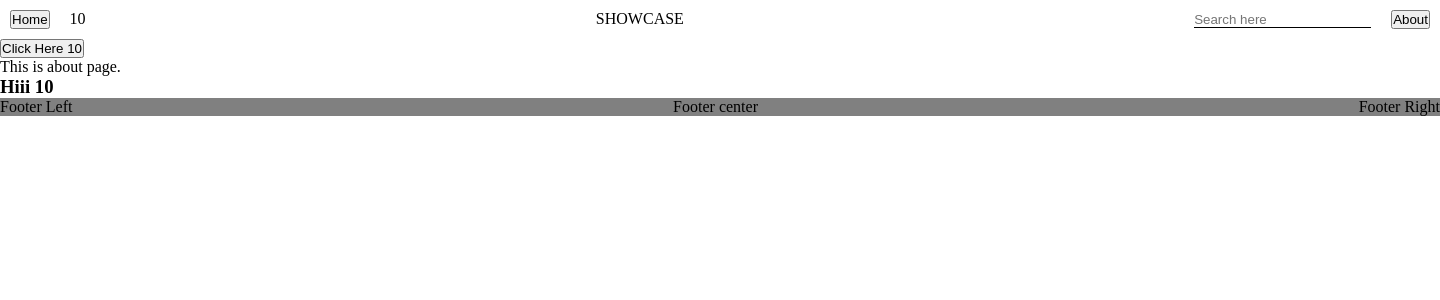
Repository: kapskadiya/ReactJS-NextJs-ExpressJs
Page: /about
An editor plug-in stored every save of this project. The page is shown before and after the next save, followed by the edit.
The browser window is 1280 px wide. The page is 1440 px wide, so the pictures cover 1440 px, including what lies to the right of the window. The pictures show the whole page.
The project was rebuilt for these pictures with package versions that can differ from the ones it lists, and the page was loaded fresh each time. The framework's server and built-in components were replaced by stand-ins that run in the browser. Also part of the build but not shown: next.config.js, components/SideBar.js, components/Main.js, components/MyContext.js, components/Child.js, components/Parent.js.

Above is the page before, as saved 2019-05-29 14:48:56.

After the next save:
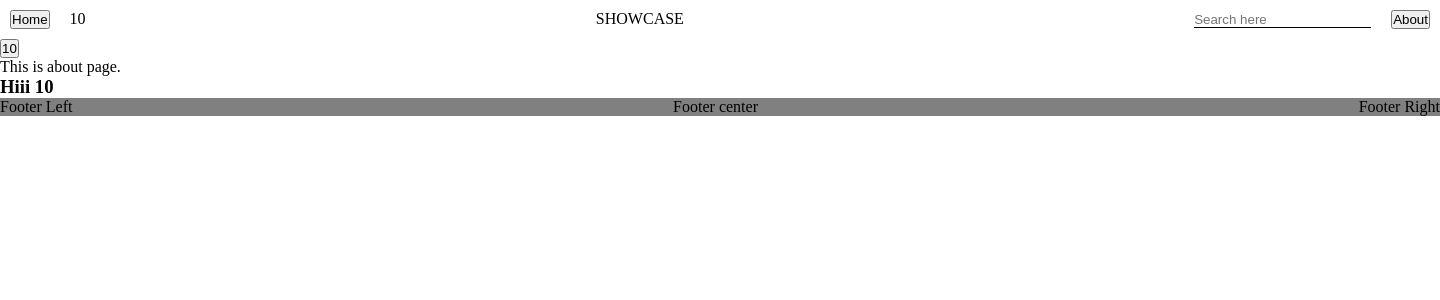
Saved 2 min 41 s later.
--- a/components/Counter.js
+++ b/components/Counter.js
@@ -34,7 +34,7 @@
                 {
                     ({ count, getData }) =>
                         <>
-                        <Input value={count} onClick={getData}/>
+                        <input type="button" value={count} onClick={() => getData({ value: value+1 })}/>
                         </>
                 }
             </Consumer>

After the 3 saves that followed:
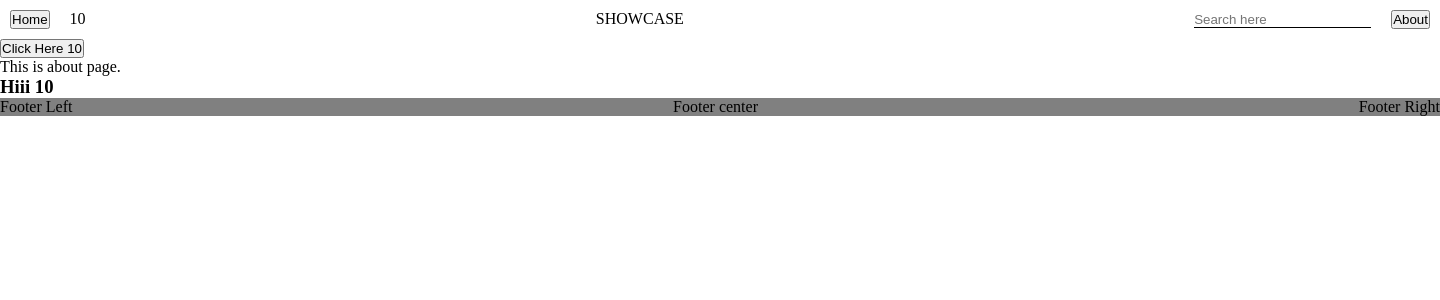
The 3 saves are shown as one change because 2 left the picture as it was.
The last was saved 2 min 26 s later.
--- a/components/Counter.js
+++ b/components/Counter.js
@@ -34,7 +34,7 @@
                 {
                     ({ count, getData }) =>
                         <>
-                        <input type="button" value={count} onClick={() => getData({ value: value+1 })}/>
+                        <Input value={count} onClick={getData}/>
                         </>
                 }
             </Consumer>
